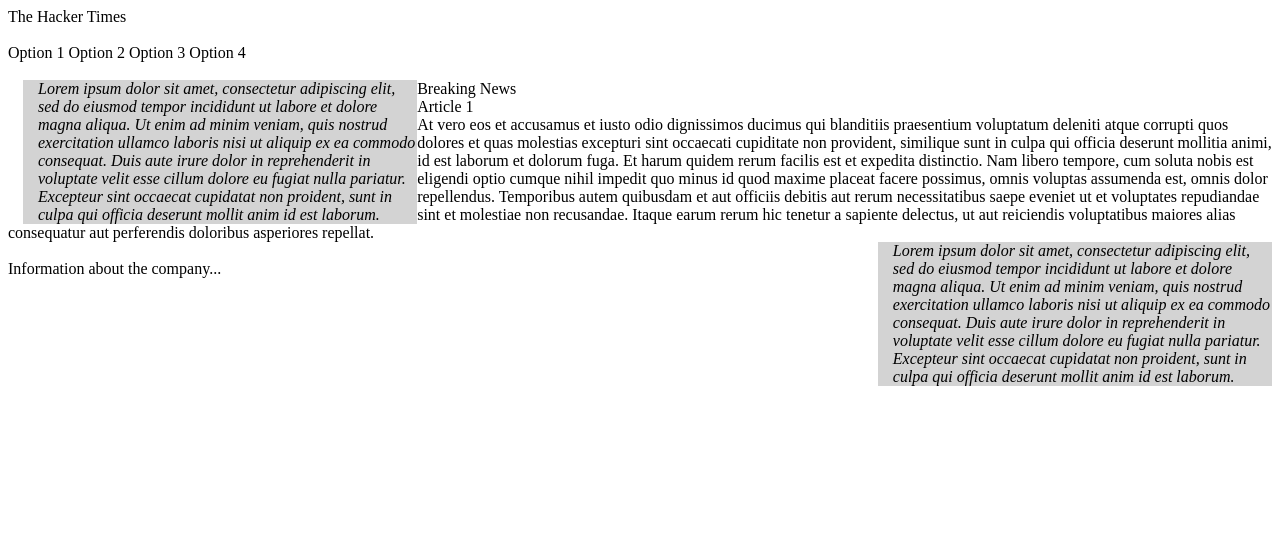
Repository: HackerUSA-CE/CSS-My-CSS-Garden
Page: index.html
The author's editor kept a copy of each file at every save. The page is drawn from the files as they stood at one save, then again after the next save.
The browser window is 1280 px wide. The pictures show the whole page.

Above is the page before, as saved 2020-12-02 11:27:27.

### index.html
<!DOCTYPE html>
<html>

<head>
    <title>The Hacker Times</title>
    <link rel="stylesheet" type="text/css" href="main.css" />
</head>

<body>
    <header>
        The Hacker Times
    </header>
    <br/>
    <nav>
        <a>Option 1</a>
        <a>Option 2</a>
        <a>Option 3</a>
        <a>Option 4</a>
    </nav>
    <br/>
    <aside class="aside-left">
        Lorem ipsum dolor sit amet, consectetur adipiscing elit, sed do eiusmod tempor incididunt ut labore et dolore magna aliqua. Ut enim ad minim veniam, quis nostrud exercitation ullamco laboris nisi ut aliquip ex ea commodo consequat. Duis aute irure dolor
        in reprehenderit in voluptate velit esse cillum dolore eu fugiat nulla pariatur. Excepteur sint occaecat cupidatat non proident, sunt in culpa qui officia deserunt mollit anim id est laborum.
    </aside>
    <section>
        Breaking News
        <header>Article 1</header>
        <article>
            At vero eos et accusamus et iusto odio dignissimos ducimus qui blanditiis praesentium voluptatum deleniti atque corrupti quos dolores et quas molestias excepturi sint occaecati cupiditate non provident, similique sunt in culpa qui officia deserunt mollitia
            animi, id est laborum et dolorum fuga. Et harum quidem rerum facilis est et expedita distinctio. Nam libero tempore, cum soluta nobis est eligendi optio cumque nihil impedit quo minus id quod maxime placeat facere possimus, omnis voluptas
            assumenda est, omnis dolor repellendus. Temporibus autem quibusdam et aut officiis debitis aut rerum necessitatibus saepe eveniet ut et voluptates repudiandae sint et molestiae non recusandae. Itaque earum rerum hic tenetur a sapiente delectus,
            ut aut reiciendis voluptatibus maiores alias consequatur aut perferendis doloribus asperiores repellat.
        </article>
    </section>
    <aside class="aside-right">
        Lorem ipsum dolor sit amet, consectetur adipiscing elit, sed do eiusmod tempor incididunt ut labore et dolore magna aliqua. Ut enim ad minim veniam, quis nostrud exercitation ullamco laboris nisi ut aliquip ex ea commodo consequat. Duis aute irure dolor
        in reprehenderit in voluptate velit esse cillum dolore eu fugiat nulla pariatur. Excepteur sint occaecat cupidatat non proident, sunt in culpa qui officia deserunt mollit anim id est laborum.
    </aside>
    <br/>
    <footer>
        Information about the company...
    </footer>
</body>

</html>

### main.css
.aside-left {
    width: 30%;
    padding-left: 15px;
    margin-left: 15px;
    float: left;
    font-style: italic;
    background-color: lightgray;
}

.aside-right {
    width: 30%;
    padding-left: 15px;
    margin-left: 15px;
    float: right;
    font-style: italic;
    background-color: lightgray;
}

After the next save:
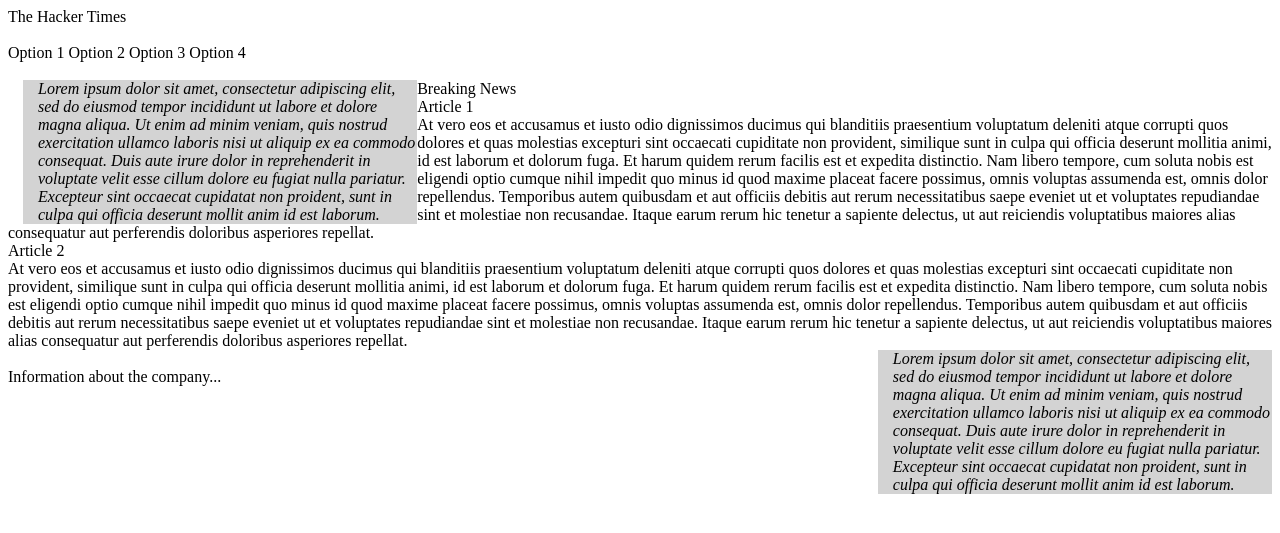
Saved 14 s later.
--- a/index.html
+++ b/index.html
@@ -31,6 +31,13 @@
             assumenda est, omnis dolor repellendus. Temporibus autem quibusdam et aut officiis debitis aut rerum necessitatibus saepe eveniet ut et voluptates repudiandae sint et molestiae non recusandae. Itaque earum rerum hic tenetur a sapiente delectus,
             ut aut reiciendis voluptatibus maiores alias consequatur aut perferendis doloribus asperiores repellat.
         </article>
+        <header>Article 2</header>
+        <article>
+            At vero eos et accusamus et iusto odio dignissimos ducimus qui blanditiis praesentium voluptatum deleniti atque corrupti quos dolores et quas molestias excepturi sint occaecati cupiditate non provident, similique sunt in culpa qui officia deserunt mollitia
+            animi, id est laborum et dolorum fuga. Et harum quidem rerum facilis est et expedita distinctio. Nam libero tempore, cum soluta nobis est eligendi optio cumque nihil impedit quo minus id quod maxime placeat facere possimus, omnis voluptas
+            assumenda est, omnis dolor repellendus. Temporibus autem quibusdam et aut officiis debitis aut rerum necessitatibus saepe eveniet ut et voluptates repudiandae sint et molestiae non recusandae. Itaque earum rerum hic tenetur a sapiente delectus,
+            ut aut reiciendis voluptatibus maiores alias consequatur aut perferendis doloribus asperiores repellat.
+        </article>
     </section>
     <aside class="aside-right">
         Lorem ipsum dolor sit amet, consectetur adipiscing elit, sed do eiusmod tempor incididunt ut labore et dolore magna aliqua. Ut enim ad minim veniam, quis nostrud exercitation ullamco laboris nisi ut aliquip ex ea commodo consequat. Duis aute irure dolor
